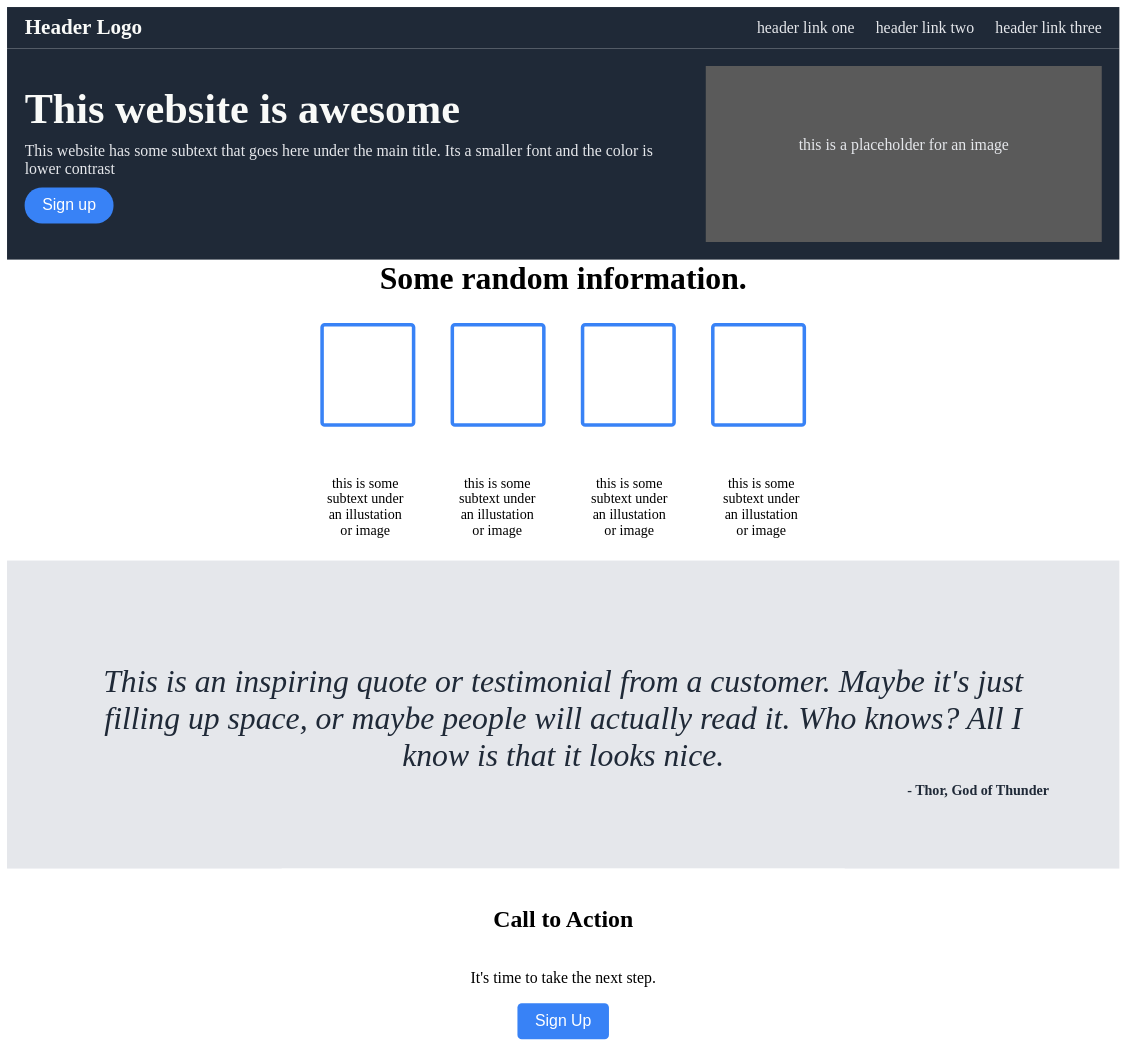
Repository: mnhardy1504/odin-recipes1
Page: flexboxlanding/index.html
These files come from the project's save history. The page is drawn as it stood at one moment and after the next save; the edit follows.
The browser window is 1280 px wide. The pictures show the whole page, at 88% of full size.

Above is the page before, as saved 2023-09-13 13:22:49.

After the next save:
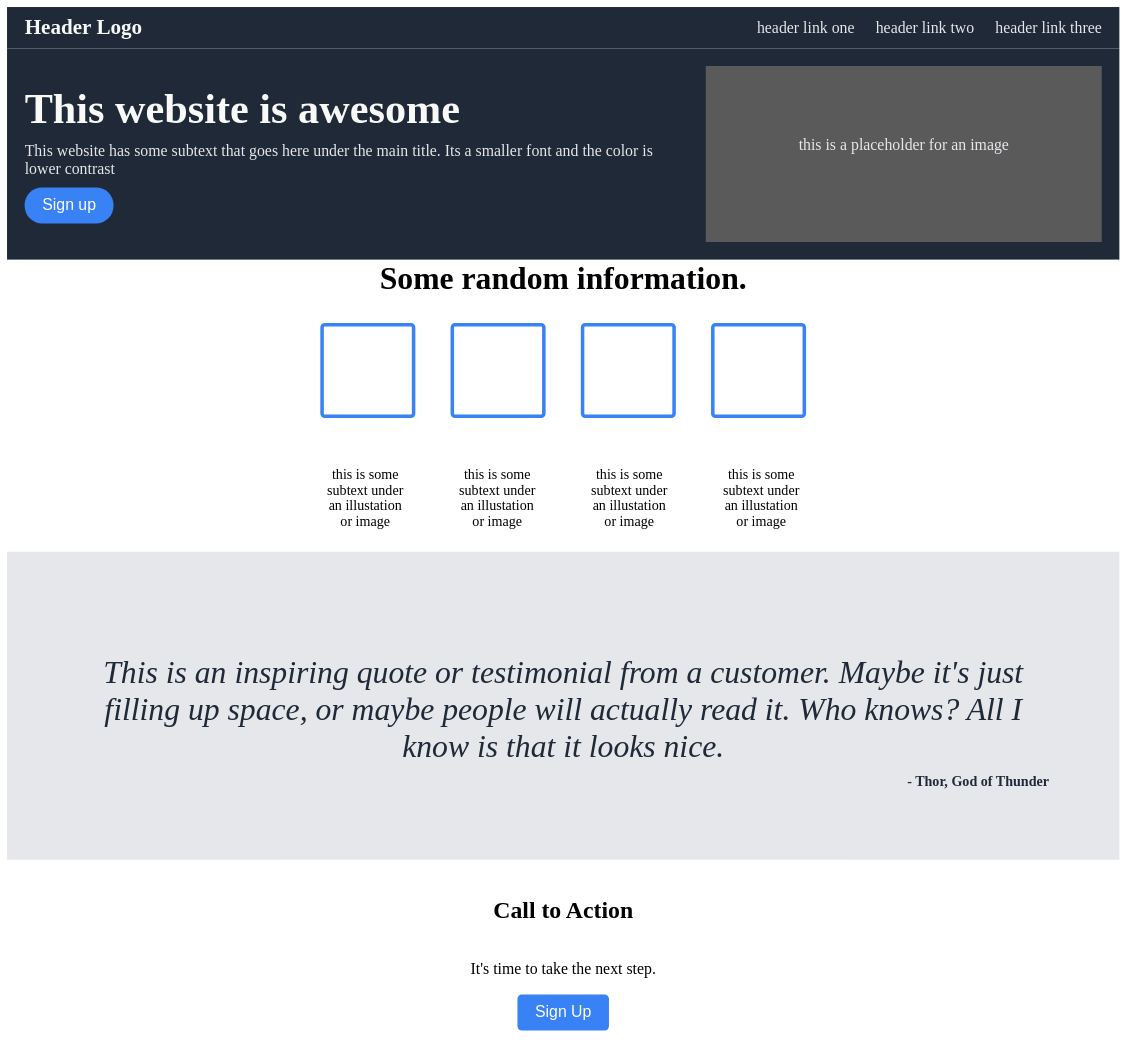
Saved 6 s later.
--- a/flexboxlanding/index.css
+++ b/flexboxlanding/index.css
@@ -89,7 +89,6 @@ h1 {
     color: white;
     margin: 20px;
     border-radius: 5px;
-    padding-bottom: 10px ;
 }
 
 .text-container {
